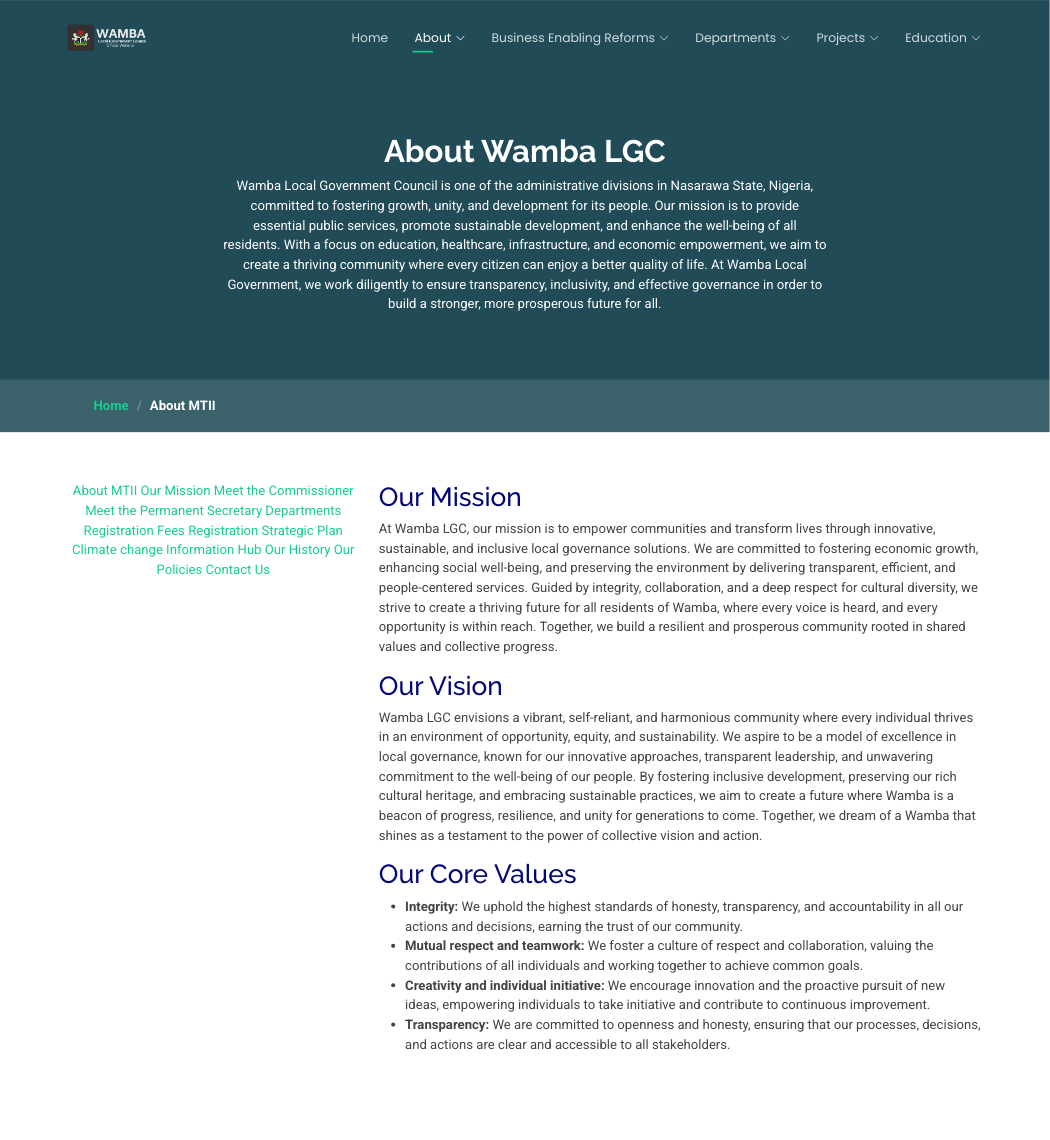
Repository: GlorifiedIntel/wamba-lgc
Page: about-wamba.html
The author's editor kept a copy of each file at every save. The page is drawn from the files as they stood at one save, then again after the next save.
The browser window is 1280 px wide. The pictures show the part of the page from y = 0 to 1390 px (the page is 3099 px tall before and 3195 px after), at 82% of full size.
A picture or video elsewhere on the page could not be fetched, so the positions and the page height are approximate.

Above is the page before, as saved 2025-02-06 01:47:48.
Console error: TypeError: Cannot read properties of null (reading 'click')

### about-wamba.html
<!DOCTYPE html>
<html lang="en">

<head>
  <meta charset="utf-8">
  <meta http-equiv="X-UA-Compatible" content="IE=edge">
  <meta name="viewport" content="width=device-width, initial-scale=1.0">
  <meta name="format-detection" content="telephone=no">
  <meta name="apple-mobile-web-app-capable" content="yes">
  <meta name="author" content="Kevin Cross Minchakpu">
  <meta name="keywords" content="Wamba, Nasarawa, Industry, Trade, Investment, Entrepreneur">
  <meta name="description" content="Wamba Local Government Council is one of the administrative divisions within Nasarawa State, Nigeria. It is located in the northern part of the state and is predominantly inhabited by diverse ethnic groups, including Rindre, and other indigenous communities.Wamba Local Government Council is one of the administrative divisions within Nasarawa State, Nigeria. It is located in the northern part of the state and is predominantly inhabited by diverse ethnic groups, including Rindre, and other indigenous communities.">
  <title>Wamba Local Government Council</title>

  <!-- Favicons -->
  <link href="assets/img/favicon.png" rel="icon">
  <link href="assets/img/apple-touch-icon.png" rel="apple-touch-icon">

  <!-- Fonts -->
  <link href="https://fonts.googleapis.com" rel="preconnect">
  <link href="https://fonts.gstatic.com" rel="preconnect" crossorigin>
  <link href="https://fonts.googleapis.com/css2?family=Roboto:ital,wght@0,100;0,300;0,400;0,500;0,700;0,900;1,100;1,300;1,400;1,500;1,700;1,900&family=Poppins:ital,wght@0,100;0,200;0,300;0,400;0,500;0,600;0,700;0,800;0,900;1,100;1,200;1,300;1,400;1,500;1,600;1,700;1,800;1,900&family=Raleway:ital,wght@0,100;0,200;0,300;0,400;0,500;0,600;0,700;0,800;0,900;1,100;1,200;1,300;1,400;1,500;1,600;1,700;1,800;1,900&display=swap" rel="stylesheet">

  <!-- Vendor CSS Files -->
  <link href="assets/vendor/bootstrap/css/bootstrap.min.css" rel="stylesheet">
  <link href="assets/vendor/bootstrap-icons/bootstrap-icons.css" rel="stylesheet">
  <link href="assets/vendor/aos/aos.css" rel="stylesheet">
  <link href="assets/vendor/glightbox/css/glightbox.min.css" rel="stylesheet">
  <link href="assets/vendor/swiper/swiper-bundle.min.css" rel="stylesheet">

  <!-- Main CSS File -->
  <link href="assets/css/main.css" rel="stylesheet">
</head>

<body class="index-page">
  <header id="header" class="header d-flex align-items-center fixed-top dark-background">
    <div class="container-fluid container-xl position-relative d-flex align-items-center justify-content-between">
      <a href="index.html" class="logo d-flex align-items-center">
        <img src="assets/img/wamba-logo.png" alt="Wamba Logo" >
      </a>
      <nav id="navmenu" class="navmenu">
        <ul>
          <li><a href="index.html">Home</a></li>
          <li class="dropdown"><a href="about-mtii.html" class="active"><span>About</span> <i class="bi bi-chevron-down toggle-dropdown"></i></a>
            <ul>
              <li><a href="about-wamba.html">Wamba LGC</a></li>
                  <li><a href="wamba-history.html">Wamba History</a></li>
                  <li><a href="the-chairman.html" >The Executive Chairman</a></li>
                  <li><a href="the-deputy.html" >The Deputy Chairman</a></li>
                  <li><a href="the-secretary.html" >The Secretary</a></li>
                  <li><a href="directors.html" >Our Legislators</a></li>
                  <li><a href="contact-us.html" >Our Contact</a></li>
            </ul>
          </li>

          <li class="dropdown"><a href="#"><span>Business Enabling Reforms</span> <i class="bi bi-chevron-down toggle-dropdown"></i></a>
            <ul>
              <li><a href="business-plans.html">Business Enabling Action Plan</a></li>
                  <li><a href="grievance.html">Grievance Redress Mechanism</a></li>
                  <li><a href="application-guidelines.html" >Application Guidelines</a></li>
                  <li><a href="legal-framework.html" >Legal Framework</a></li>
                  <li><a href="investment-opportunities.html" >Investment Opportunities</a></li>
              </ul>
          </li>

          <li class="dropdown"><a href="departments.html"><span>Departments</span> <i class="bi bi-chevron-down toggle-dropdown"></i></a>
            <ul>
              <li><a href="admin.html">Administration</a></li>
              <li><a href="agriculture.html">Agriculture</a></li>
              <li><a href="education.html">Education</a></li>
              <li><a href="environment.html">Environmental</a></li>
              <li><a href="finance.html">Finance and Accounts</a></li>
              <li><a href="health.html">Health</a></li>
              <li><a href="all-departments.html">More Departments</a></li>
            </ul>
          </li>

          <li class="dropdown"><a href="projects.html"><span>Projects</span> <i class="bi bi-chevron-down toggle-dropdown"></i></a>
            <ul>
              <li><a href="completed.html">Completed Projects</a></li>
                  <li><a href="ongoing.html">Ongoing Projects</a></li>
                  <li><a href="proposed.html" >Proposed Projects</a></li>
            </ul>
          </li>

          <li class="dropdown"><a href="registration.html"><span>Education</span> <i class="bi bi-chevron-down toggle-dropdown"></i></a>
            <ul>
              <li><a href="ubec.html">UBEC</a></li>
                  <li><a href="secondary-schools.html">Secondary Schools</a></li>
                  <li><a href="private-schools.html" >Private Schools</a></li>
                  <li><a href="relevant-tech.html" >Relevant Technology</a></li>
                  <li><a href="faqs.html" >FAQs</a></li>
            </ul>
          </li>
        </ul>
        <i class="mobile-nav-toggle d-xl-none bi bi-list"></i>
      </nav>

    </div>
  </header>

  <!-- Main Start -->
  <main class="main">
    <!-- Page Title -->
    <div class="page-title dark-background" data-aos="fade">
      <div class="heading">
        <div class="container">
          <div class="row d-flex justify-content-center text-center">
            <div class="col-lg-8">
              <h1>About Wamba LGC</h1>
              <p class="mb-0">Wamba Local Government Council is one of the administrative divisions in Nasarawa State, Nigeria, committed to fostering growth, unity, and development for its people. Our mission is to provide essential public services, promote sustainable development, and enhance the well-being of all residents. With a focus on education, healthcare, infrastructure, and economic empowerment, we aim to create a thriving community where every citizen can enjoy a better quality of life. At Wamba Local Government, we work diligently to ensure transparency, inclusivity, and effective governance in order to build a stronger, more prosperous future for all.</p>
            </div>
          </div>
        </div>
      </div>
      <nav class="breadcrumbs">
        <div class="container">
          <ol>
            <li><a href="index.html">Home</a></li>
            <li class="current">About MTII</li>
          </ol>
        </div>
      </nav>
    </div><!-- End Page Title -->
    </section><!-- Section End -->
    <!-- Section Begin -->
<section id="starter-section" class="starter-section section">
  <div class="container text-center">
    <div class="row justify-content-start">
      <div class="col-md-4 left-column">
        <div class="mtii-vertical-menu">
          <a href="about-mtii.html" class="active">About MTII</a>
          <a href="about-mtii.html">Our Mission</a>
          <a href="the-commissioner.html">Meet the Commissioner</a>
          <a href="the-secretary.html">Meet the Permanent Secretary</a>
          <a href="departments.html">Departments</a>
          <a href="registration-fee.html">Registration Fees</a>
          <a href="online-registration.html">Registration</a>
          <a href="strategic-plans.html">Strategic Plan</a>
          <a href="climate-change.html">Climate change Information Hub</a>
          <a href="our-history.html">Our History</a>
          <a href="our-policies.html">Our Policies</a>
          <a href="contact-us.html">Contact Us</a>
        </div>
      </div>
      <div class="col-md-8 right-column text-start">
        <h2>Our Mission</h2>
    <p>At Wamba LGC, our mission is to empower communities and transform lives through innovative, sustainable, and inclusive local governance solutions. We are committed to fostering economic growth, enhancing social well-being, and preserving the environment by delivering transparent, efficient, and people-centered services. Guided by integrity, collaboration, and a deep respect for cultural diversity, we strive to create a thriving future for all residents of Wamba, where every voice is heard, and every opportunity is within reach. Together, we build a resilient and prosperous community rooted in shared values and collective progress.</p>

    <h2>Our Vision</h2>
    <p>Wamba LGC envisions a vibrant, self-reliant, and harmonious community where every individual thrives in an environment of opportunity, equity, and sustainability. We aspire to be a model of excellence in local governance, known for our innovative approaches, transparent leadership, and unwavering commitment to the well-being of our people. By fostering inclusive development, preserving our rich cultural heritage, and embracing sustainable practices, we aim to create a future where Wamba is a beacon of progress, resilience, and unity for generations to come. Together, we dream of a Wamba that shines as a testament to the power of collective vision and action.</p>

    <h2>Our Core Values</h2>
    <ul>
        <li><strong>Integrity:</strong> We uphold the highest standards of honesty, transparency, and accountability in all our actions and decisions, earning the trust of our community.        </li>
        <li><strong>Mutual respect and teamwork:</strong> We foster a culture of respect and collaboration, valuing the contributions of all individuals and working together to achieve common goals.</li>
        <li><strong>Creativity and individual initiative:</strong> We encourage innovation and the proactive pursuit of new ideas, empowering individuals to take initiative and contribute to continuous improvement.</li>
        <li><strong>Transparency:</strong> We are committed to openness and honesty, ensuring that our processes, decisions, and actions are clear and accessible to all stakeholders.</li>
    </ul>
</div>
</section><!-- /Section end -->
</main>
<!--Main End-->
    <section class="py-5">
      <div class="container">
        <div class="row gx-4 align-items-center">
          <div class="col-md-6 order-2 order-lg-1">
            <div class="me-md-2 me-lg-5 text-center mt-5 mt-md-0">
              <span class="text-muted">Our Goals</span>
              <h2 class="display-5 fw-bold">Our Strategic Goals</h2>
              <p class="elhanan">Business innovation, equity, and resilience are the core principles that guide the efforts of the Nasarawa State Ministry of Trade, Industry, and Investment. These principles are fundamental to our primary objective of enhancing Nasarawa State’s competitiveness in the global economy. The Ministry is committed to a singular, overarching goal: to improve Nasarawa’s economic competitiveness both locally and globally. Each of the Ministry's strategic goals is designed to advance this mission and support the achievement of this critical objective.</p>
            </div>
          </div>
          <div class="col-md-6 order-1 order-lg-2">
            <div class="ms-md-2 ms-lg-5"><img class="img-fluid rounded-3" src="./assets/img/market.jpg"></div>
          </div>
        </div>
      </div>
    </section>
    <section class="jane">
      <div class="row justify-content-center">
        <div class="col-md-8">
          <h4 class="display-6 fw-bold">Our Strategic Objectives</h4>
          <ol class="list-group list-group-numbered">
            <li class="list-group-item">Improve and Drive Nasarawa State's Agriculture, Innovation and Global Competitiveness</li>
            <li class="list-group-item">Promotes Inclusive Equitable Economic Growth</li>
            <li class="list-group-item">Help Local Farmers address the Climate Crisis Through Mitigation, Adaptation, and Resilience Efforts</li>
            <li class="list-group-item">Use Data to Expand Opportunity and Discovery within the State</li>
            <li class="list-group-item">Provide 21st Century Service with 21st Century Capabilities and Innovations</li>
          </ol>
        </div>
        <div class="col-md-4">
          <p class="elhanan fw-bold">More about MTII</p>
          <ul class="nana">
            <li><a href="leadership.html">MTII Leadership</a></li>
            <li><a href="the-commissioner.html">Office of the Honourable Commissioner</a></li>
            <li><a href="the-secretary.html">Office of the Permanent Secretary</a></li>
          </ul>

          <p class="elhanan fw-bold">Portals and Partners</p>
          <ul class="nana">
            <li><a href="#">Nasarawa Central Billing System</a></li>
            <li><a href="https://nasarawaigr.com/">Nasarawa Inland Revenue Service</a></li>
            <li><a href="https://www.firs.gov.ng/">Federal Inland Revenue Service</a></li>
            <li><a href="http://nid.fmiti.gov.ng/">Federal Ministry of Industry Trade and Investment</a></li>
            <li><a href="https://www.cac.gov.ng/">Corporate Affairs Commission</a></li>
            <li><a href="https://www.worldbank.org/ext/en/home">The World Bank</a></li>
          </ul>
      </div>
      </div>
    </section>

    <section>
      <div class="container text-center">
        <div class="row align-items-start">
          <h2 class="display-6">Quick Links</h2>
          <div class="col text-start quick-links">
            <ul>
              <li><a href="about-mtii.html">About Us</a></li>
              <li><a href="about-mtii.html">Our Mission</a></li>
              <li><a href="the-commissioner.html">Meet the Commissioner</a></li>
              <li><a href="the-secretary.html">Meet the Permanent Secretary</a></li>
              <li><a href="departments.html">Departments</a></li>
              <li><a href="strategic-plans.html">Strategic Plan</a></li>
              <li><a href="climate-change.html">Covid-19 Information Hub</a></li>
              <li><a href="our-history.html">Our History</a></li>
              <li><a href="our-policies.html">Our Policies</a></li>
              <li><a href="contact-us.html">Contact Us</a></li>
            </ul>
          </div>
          <div class="col text-start quick-links">
            <ul>
              <li><a href="howtoregister.html">How to Register</a></li>
              <li><a href="online-registration.html">Register</a></li>
              <li><a href="business-name.html">Register Business Name</a></li>
              <li><a href="business-premises.html">Register Business Premises</a></li>
              <li><a href="cooperative.html">Register Cooperative</a></li>
              <li><a href="cooperative.html">Register NGO/CBO</a></li>
              <li><a href="cooperative.html">Register FBO</a></li>
              <li><a href="investment.html">Haulage</a></li>
              <li><a href="investment.html">NAS Spring Waters</a></li>
            </ul>
           </div>
          <div class="col text-start quick-links">
            <ul>
              <li><a href="business-reforms.html">Business Enabling Reforms</a></li>
              <li><a href="grievance.html">Grievance Redress Mechanism</a></li>
              <li><a href="application-guidelines.html">Application Guidelines</a></li>
              <li><a href="legal-framework.html">Legal Framework</a></li>
              <li><a href="investment-opportunities.html">Investment Opportunities</a></li>
              <li><a href="completed.html">Completed Projects</a></li>
              <li><a href="ongoing.html">Ongoing Projects</a></li>
              <li><a href="proposed.html">Proposed Projects</a></li>
            </ul>
          </div>
        </div>
      </div>
    </section>
  </main>

  <!--Main End-->

<!--Footer Start-->
<footer id="footer" class="footer dark-background">

  <div class="container footer-top">
    <div class="row gy-4">
      <div class="col-lg-4 col-md-6 footer-about">
        <a href="index.html" class="logo d-flex align-items-center">
          <span class="sitename">Nasarawa MTII</span>
        </a>
        <div class="footer-contact pt-3">
          <p>Beside St. Williams Catholic Church,</p>
          <p>Jos Road,</p>
          <p>Lafia, Nasarawa State 535022</p>
          <p class="mt-3"><strong>Phone:</strong> <span>+234 5589 55488 55</span></p>
          <p><strong>Email:</strong> <span>info@mtiinasarawa.com.ng</span></p>
        </div>
        <div class="social-links d-flex mt-4">
          <a href=""><i class="bi bi-twitter-x"></i></a>
          <a href=""><i class="bi bi-facebook"></i></a>
          <a href=""><i class="bi bi-instagram"></i></a>
          <a href=""><i class="bi bi-linkedin"></i></a>
        </div>
      </div>

      <div class="col-lg-2 col-md-3 footer-links">
        <h4>Useful Links</h4>
        <ul>
          <li><a href="index.html">Home</a></li>
          <li><a href="about-mtii.html">About us</a></li>
          <li><a href="services.html">Services</a></li>
          <li><a href="terms-of-use.html">Terms of service</a></li>
          <li><a href="privacy-policy.html">Privacy policy</a></li>
        </ul>
      </div>

      <div class="col-lg-2 col-md-3 footer-links">
        <h4>Our Services</h4>
        <ul>
          <li><a href="business-premises.html">Business Premises Registration</a></li>
          <li><a href="ngo-cbo-registration.html">NGOs/CBOs Registration</a></li>
          <li><a href="fbo-registration.html">FBOS Registration</a></li>
          <li><a href="cooperative-registration.html">Co-operative Society Registration</a></li>
          <li><a href="rent.html">Rent/Leasing/Haulage</a></li>
        </ul>
      </div>

      <div class="col-lg-4 col-md-12 footer-newsletter">
        <h4>Our Newsletter</h4>
        <p>Subscribe to our newsletter and receive the latest news about our services!</p>
        <form action="forms/newsletter.php" method="post" class="php-email-form">
          <div class="newsletter-form"><input type="email" name="email"><input type="submit" value="Subscribe"></div>
          <div class="loading">Loading</div>
          <div class="error-message"></div>
          <div class="sent-message">Your subscription request has been sent. Thank you!</div>
        </form>
      </div>

    </div>
  </div>

  <div class="container-fluid copyright text-center mt-4 bg-dark">
    <p>© <span>Copyright</span> <strong class="px-1 sitename">Nasarawa State MTII</strong> <span>All Rights Reserved</span></p>
    <div class="credits">
      Designed & Developed by <a href="https://kevinomics.com/">Kevin Cross Minchakpu</a> Powered By <a href="https://octatesystems.com">Octate Systems</a>
    </div>
  </div>

</footer>

<!-- Scroll Top -->

<button id="scroll-top" class="scroll-top d-flex bg-dark align-items-center justify-content-center"><i class="bi bi-arrow-up-short"></i></button>
<!-- Preloader -->
<div id="preloader"></div>

<!-- Vendor JS Files -->
<script src="assets/vendor/bootstrap/js/bootstrap.bundle.min.js"></script>
<script src="assets/vendor/php-email-form/validate.js"></script>
<script src="assets/vendor/aos/aos.js"></script>
<script src="assets/vendor/glightbox/js/glightbox.min.js"></script>
<script src="assets/vendor/purecounter/purecounter_vanilla.js"></script>
<script src="assets/vendor/swiper/swiper-bundle.min.js"></script>

<!-- Main JS File -->
<script src="assets/js/main.js"></script>
<script src="assets/js/reforms.js"></script>

</body>

</html>

Loaded but not shown: assets/vendor/bootstrap/css/bootstrap.min.css (library); assets/vendor/bootstrap-icons/bootstrap-icons.css (library); assets/vendor/aos/aos.css (library); assets/vendor/glightbox/css/glightbox.min.css (library); assets/vendor/swiper/swiper-bundle.min.css (library); assets/vendor/bootstrap/js/bootstrap.bundle.min.js (library); assets/vendor/php-email-form/validate.js (common file); assets/vendor/aos/aos.js (library); assets/vendor/glightbox/js/glightbox.min.js (library); assets/vendor/purecounter/purecounter_vanilla.js (library); assets/vendor/swiper/swiper-bundle.min.js (library); assets/js/main.js (181 lines, source omitted); assets/js/reforms.js (43 lines, source omitted); assets/css/main.css (1741 lines, source omitted)

After the next save:
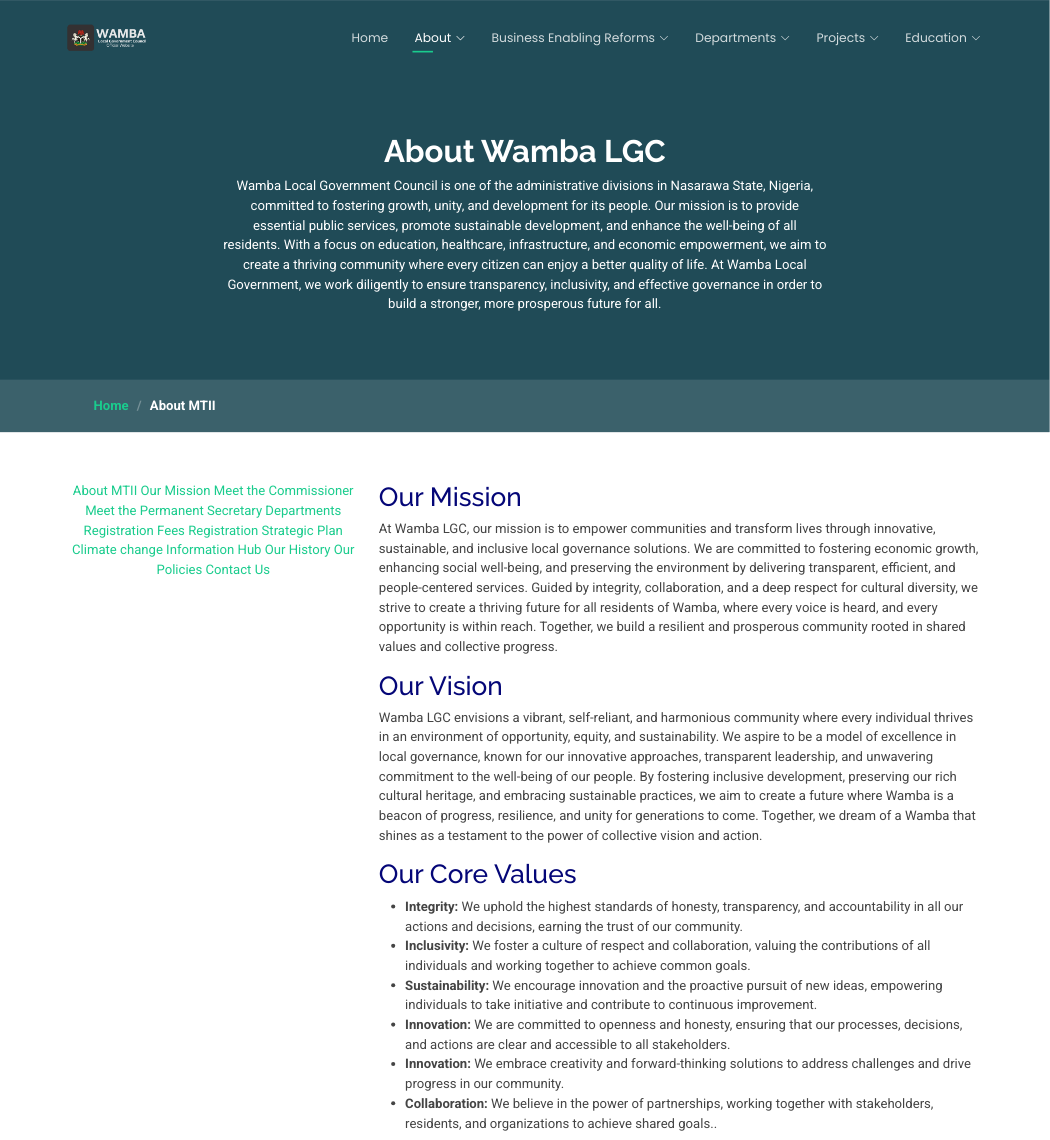
Saved 3 min 44 s later.
--- a/about-wamba.html
+++ b/about-wamba.html
@@ -153,9 +153,11 @@
     <h2>Our Core Values</h2>
     <ul>
         <li><strong>Integrity:</strong> We uphold the highest standards of honesty, transparency, and accountability in all our actions and decisions, earning the trust of our community.        </li>
-        <li><strong>Mutual respect and teamwork:</strong> We foster a culture of respect and collaboration, valuing the contributions of all individuals and working together to achieve common goals.</li>
-        <li><strong>Creativity and individual initiative:</strong> We encourage innovation and the proactive pursuit of new ideas, empowering individuals to take initiative and contribute to continuous improvement.</li>
-        <li><strong>Transparency:</strong> We are committed to openness and honesty, ensuring that our processes, decisions, and actions are clear and accessible to all stakeholders.</li>
+        <li><strong>Inclusivity:</strong> We foster a culture of respect and collaboration, valuing the contributions of all individuals and working together to achieve common goals.</li>
+        <li><strong>Sustainability:</strong> We encourage innovation and the proactive pursuit of new ideas, empowering individuals to take initiative and contribute to continuous improvement.</li>
+        <li><strong>Innovation:</strong> We are committed to openness and honesty, ensuring that our processes, decisions, and actions are clear and accessible to all stakeholders.</li>
+        <li><strong>Innovation:</strong> We embrace creativity and forward-thinking solutions to address challenges and drive progress in our community.</li>
+        <li><strong>Collaboration:</strong> We believe in the power of partnerships, working together with stakeholders, residents, and organizations to achieve shared goals..</li>
     </ul>
 </div>
 </section><!-- /Section end -->
